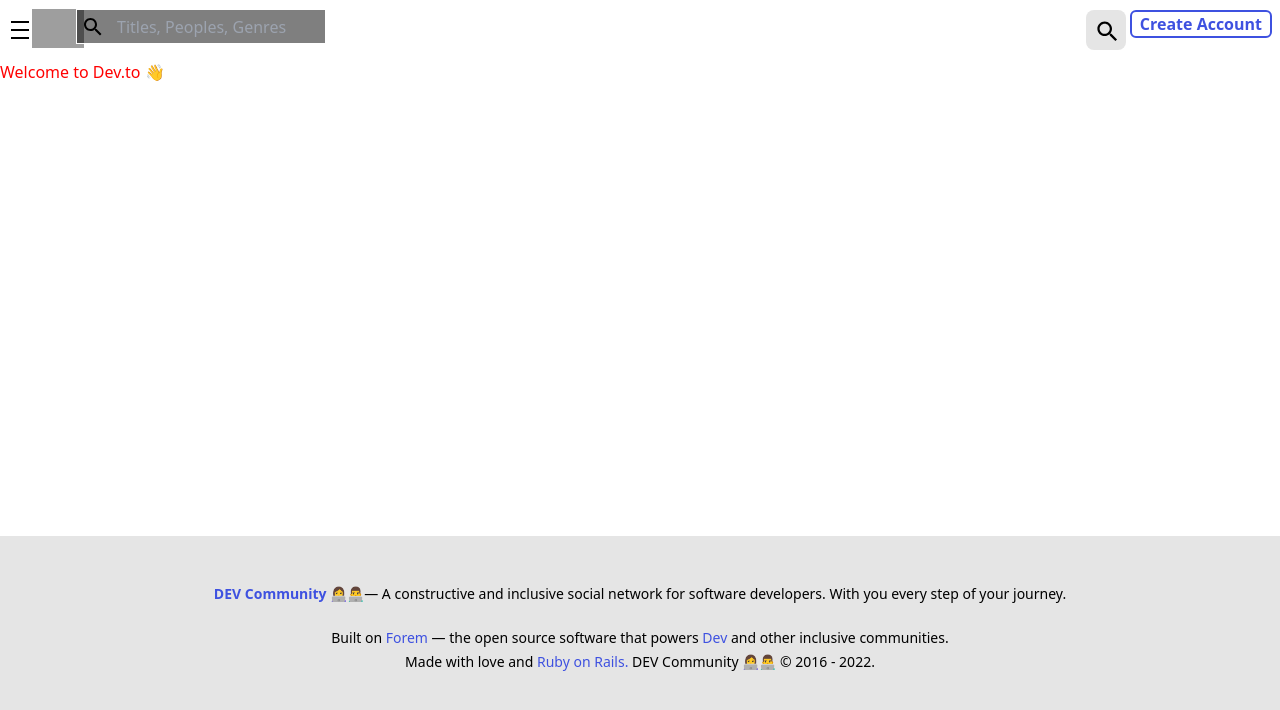
Repository: dat-nguyen-2001/dev.to-stopped-
Page: / (app in client/)
These files come from the project's save history. The page is drawn as it stood at one moment and after the next save; the edit follows.
The browser window is 1280 px wide. The pictures show the whole page.
Pictures or frames that could not be fetched are drawn as grey boxes. The project was rebuilt for these pictures with package versions that can differ from the ones it lists, and the page was loaded fresh each time. The framework's server and built-in components were replaced by stand-ins that run in the browser. Also part of the build but not shown: client/next.config.js.

Above is the page before, as saved 2022-09-18 14:38:01.

After the next save:
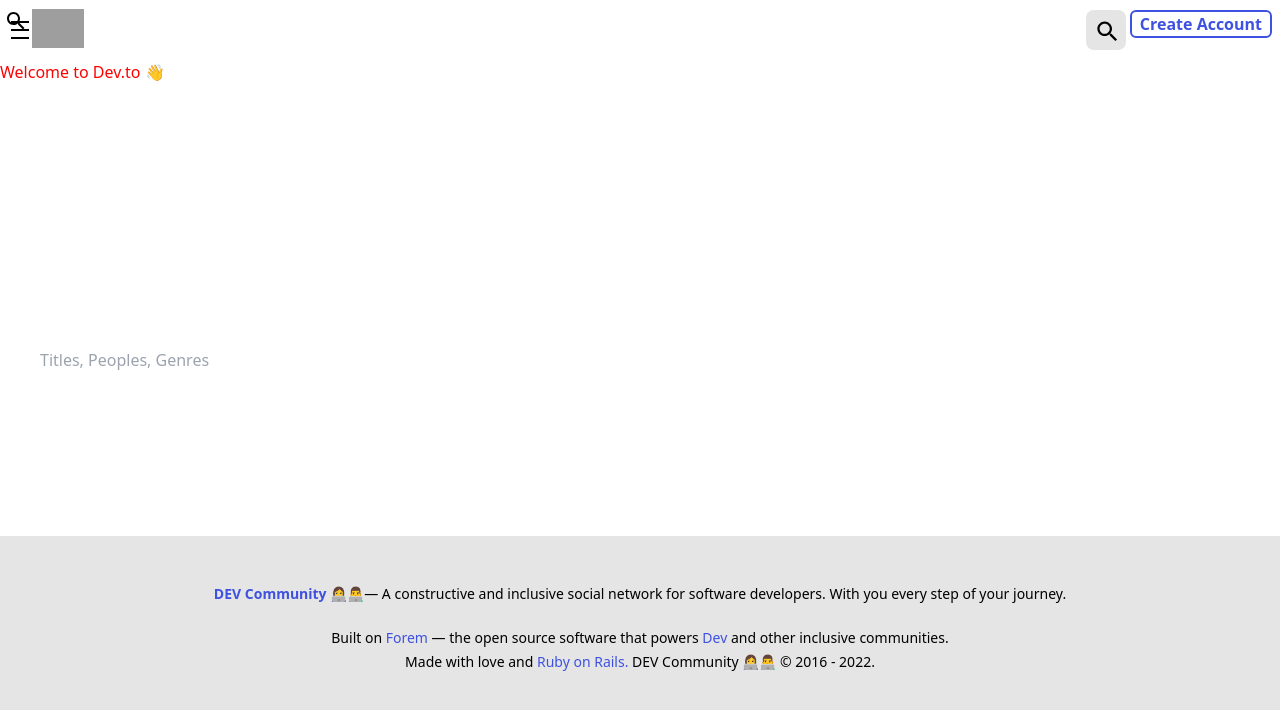
Saved 20 s later.
--- a/client/components/nav/NavBar.tsx
+++ b/client/components/nav/NavBar.tsx
@@ -10,7 +10,7 @@
                 <Link href={'/'}>
                     <img src="https://dev-to-uploads.s3.amazonaws.com/uploads/logos/resized_logo_UQww2soKuUsjaOGNB38o.png" width={52} />
                 </Link>
-                <div className="absolute md:right-32 lg:relative lg:right-2 w-[250px] right-[15vw] bg-black/50 flex items-center h-[35px] border-white border-[1.5px]">
+                <div className="">
                     <SearchIcon className="cursor-pointer w-5 lg:w-6 left-1 absolute" onClick={() => setIsSearching(false)} />
                     <input
                         placeholder="Titles, Peoples, Genres"

After the 3 saves that followed:
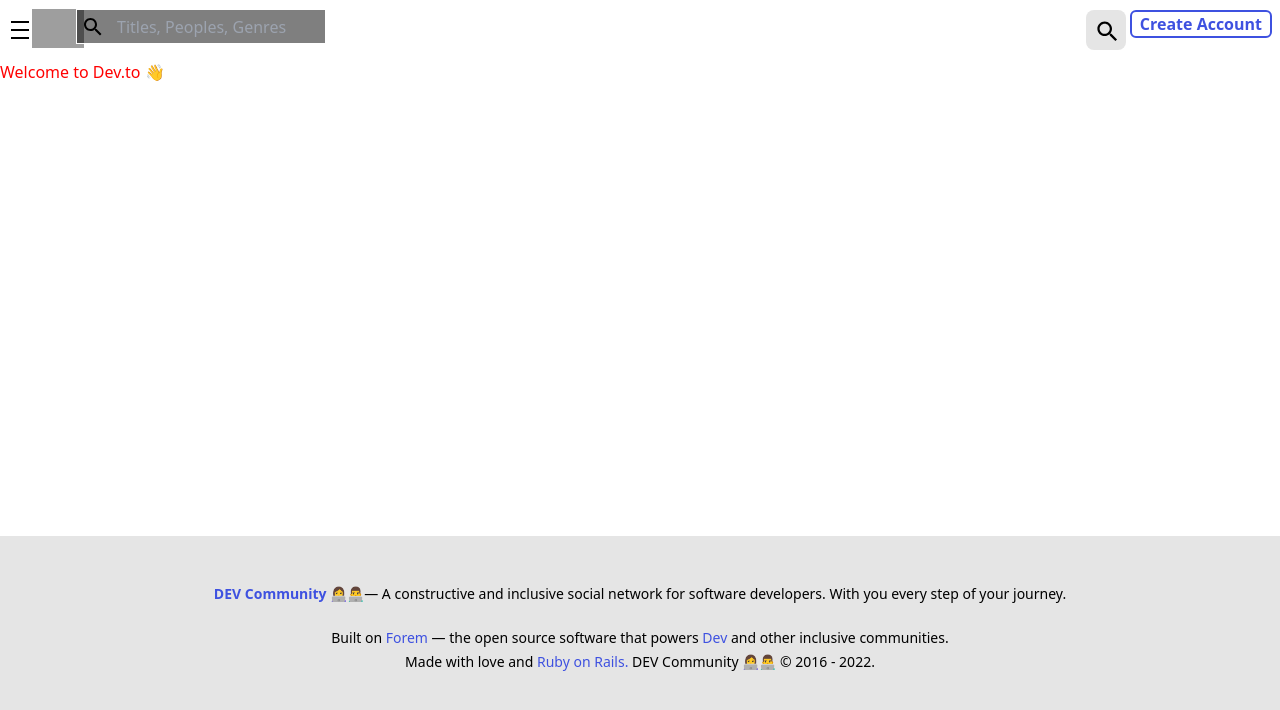
The 3 saves are shown as one change because they came seconds apart.
The last was saved 8 s later.
--- a/client/components/nav/NavBar.tsx
+++ b/client/components/nav/NavBar.tsx
@@ -10,7 +10,7 @@
                 <Link href={'/'}>
                     <img src="https://dev-to-uploads.s3.amazonaws.com/uploads/logos/resized_logo_UQww2soKuUsjaOGNB38o.png" width={52} />
                 </Link>
-                <div className="">
+                <div className="md:right-32 lg:relative lg:right-2 w-[250px] right-[15vw] bg-black/50 flex items-center h-[35px] border-white border-[1.5px]">
                     <SearchIcon className="cursor-pointer w-5 lg:w-6 left-1 absolute" onClick={() => setIsSearching(false)} />
                     <input
                         placeholder="Titles, Peoples, Genres"
